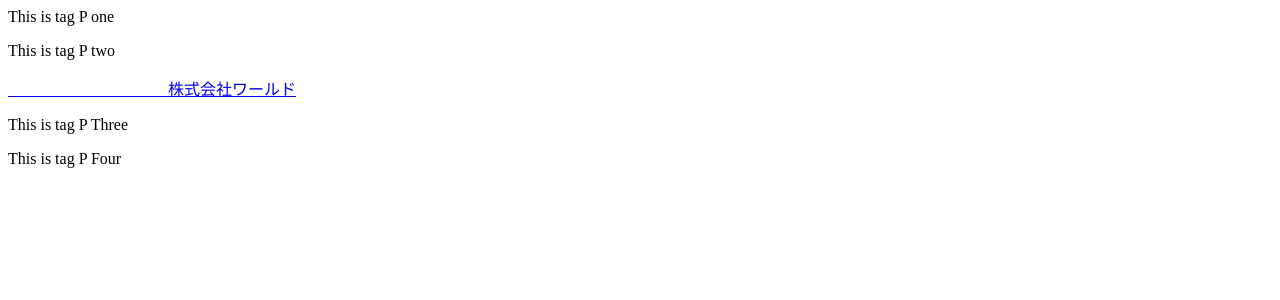
Repository: VDHBK/Learn-JS
Page: JS-Huy/DOM/DOM_HTML.html
An editor plug-in stored every save of this project. The page is shown before and after the next save, followed by the edit.
The browser window is 1280 px wide. The pictures show the whole page.

Above is the page before, as saved 2020-10-16 01:04:40.

After the next save:
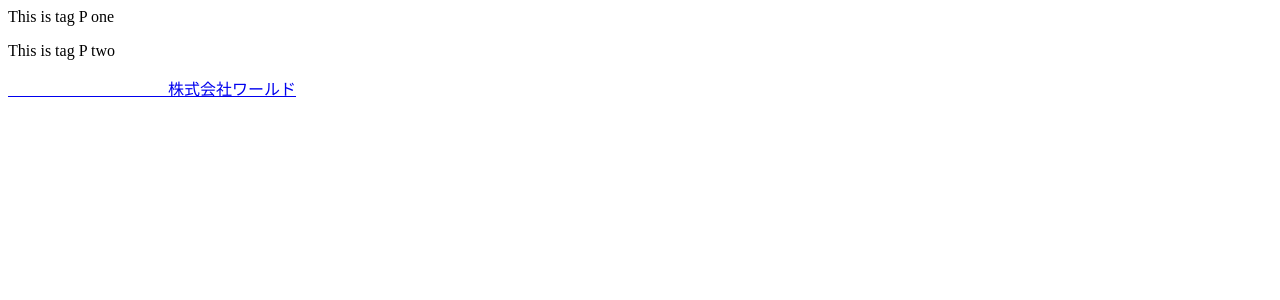
Saved 36 s later.
--- a/JS-Huy/DOM/DOM_HTML.html
+++ b/JS-Huy/DOM/DOM_HTML.html
@@ -7,9 +7,6 @@
             <a href="https://world-works.co.jp/">
 　　　　　　　　　　株式会社ワールド
             </a>
-            <p>This is tag P Three </p>
-            <p>This is tag P Four </p>
-
         <script>
            let content = document.getElementById("title").innerHTML;
            console.log(content);
